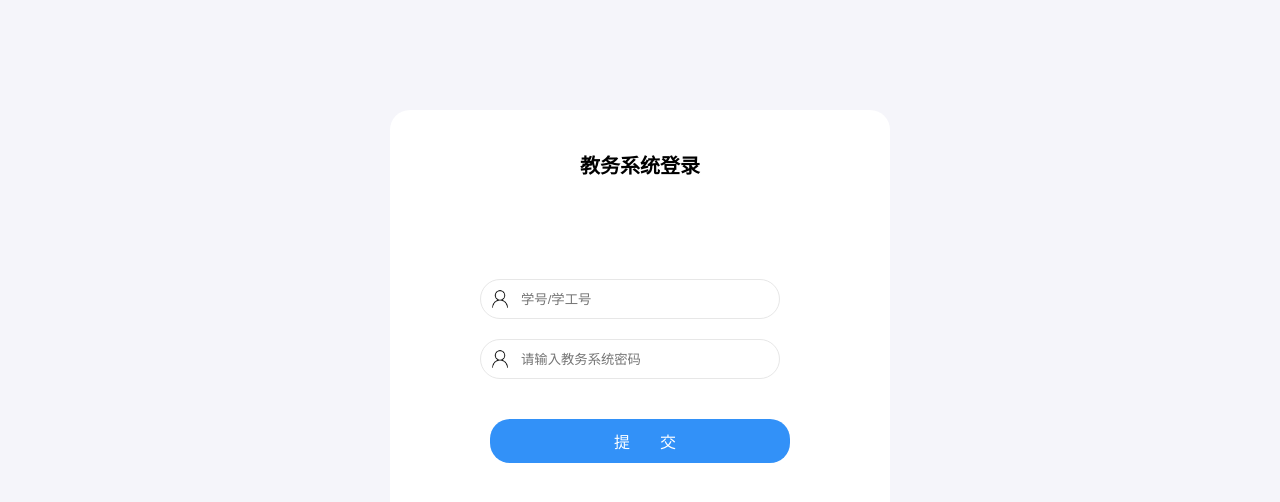
Repository: yangziteng/System
Page: / (app in myreact/)
These files come from the project's save history. The page is drawn as it stood at one moment and after the next save; the edit follows.
The browser window is 1280 px wide. The pictures show the whole page.
The project was rebuilt for these pictures with package versions that can differ from the ones it lists, and the page was loaded fresh each time. Also part of the build but not shown: myreact/vite.config.js, myreact/src/App.css, myreact/src/App.jsx, myreact/src/log.jsx.

Above is the page before, as saved 2022-07-08 12:59:26.

After the next save:
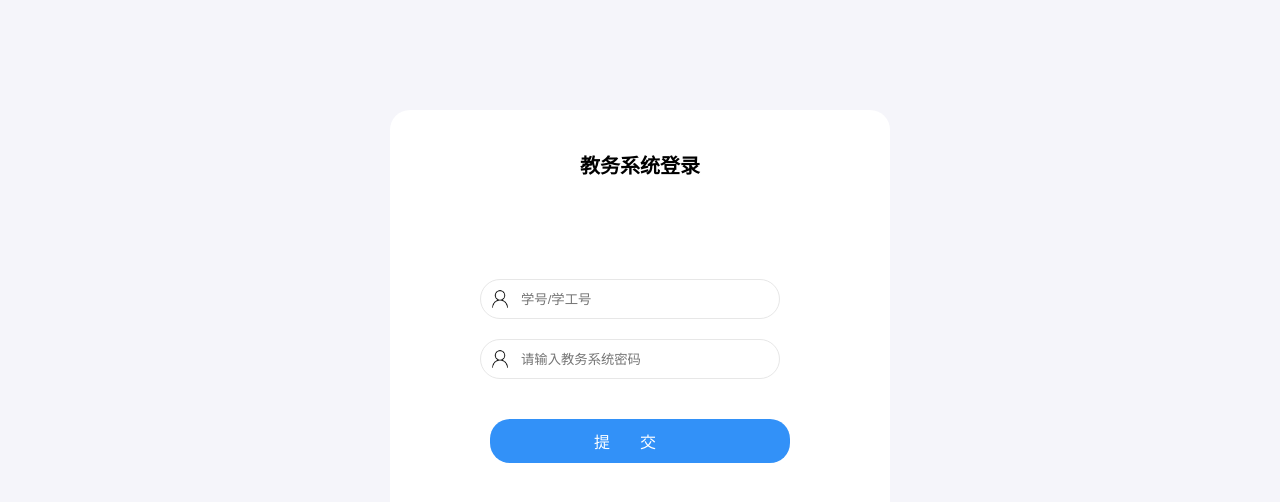
Saved 19 s later.
--- a/myreact/src/pages/Login/Login.css
+++ b/myreact/src/pages/Login/Login.css
@@ -68,6 +68,4 @@ input{
     color:white;
     margin:0 auto;
     margin-top:40px;
-    padding-left:40px ;
-    box-sizing: border-box;
 }
